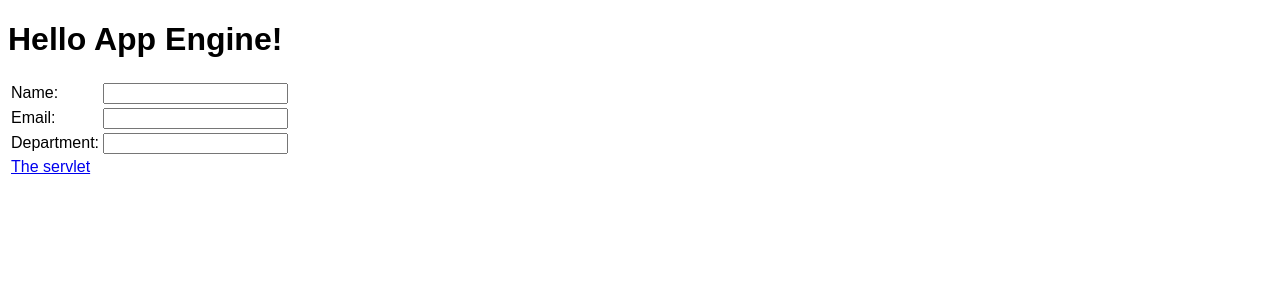
Repository: kedards25/AppEngineDemos
Page: DataStoreDemo/src/main/webapp/index.html
The author's editor kept a copy of each file at every save. The page is drawn from the files as they stood at one save, then again after the next save.
The browser window is 1280 px wide. The pictures show the whole page.

Above is the page before, as saved 2020-11-24 03:03:02.

### DataStoreDemo/src/main/webapp/index.html
<!DOCTYPE html>
<html xmlns="http://www.w3.org/1999/xhtml" lang="en">
<head>
<meta http-equiv="content-type"
	content="application/xhtml+xml; charset=UTF-8" />
<title>Hello App Engine</title>
</head>

<body style="font-family: sans-serif;">
	<h1>Hello App Engine!</h1>

	<table>
		<tr>
			<td>Name:</td>
			<td><input type="text" name="empName"></td>
		</tr>
		<tr>
			<td>Email:</td>
			<td><input type="text" name="empMail"></td>
		</tr>
		<tr>
			<td>Department:</td>
			<td><input type="text" name="empDept"></td>
		</tr>

		<tr>
			<td><a href='/hello'>The servlet</a></td>
		</tr>
	</table>
</body>
</html>

After the next save:
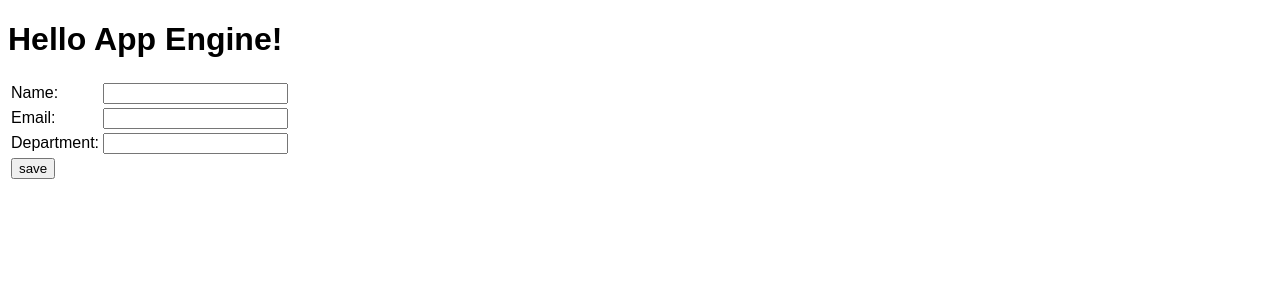
Saved 24 s later.
--- a/DataStoreDemo/src/main/webapp/index.html
+++ b/DataStoreDemo/src/main/webapp/index.html
@@ -24,7 +24,7 @@
 		</tr>
 
 		<tr>
-			<td><a href='/hello'>The servlet</a></td>
+			<td><input type="submit" value="save"/> </td>
 		</tr>
 	</table>
 </body>
